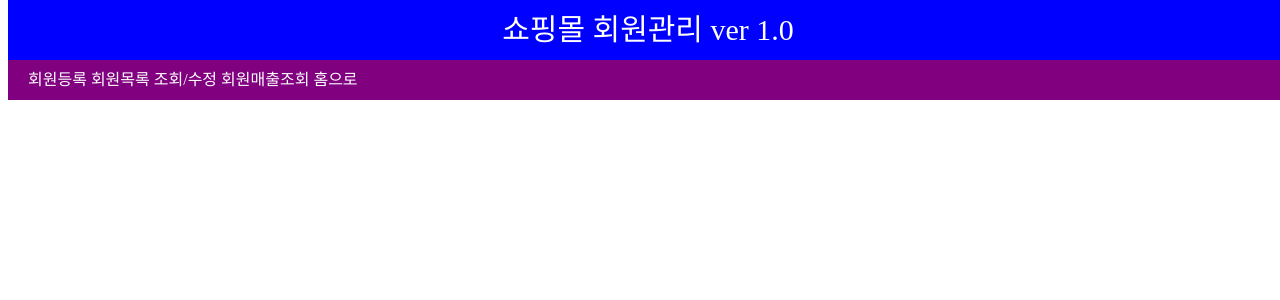
Repository: haileylee94/mini-project
Page: http://localhost/hrd/
These files come from the project's save history. The page is drawn as it stood at one moment and after the next save; the edit follows.
The browser window is 1280 px wide. The pictures show the whole page.
The page is served by Tomcat 9. Other server files are loaded and not shown.

Above is the page before, as saved 2022-11-17 09:19:52.

### hrd/WebContent/index.jsp
<%@ page language="java" contentType="text/html; charset=UTF-8"
    pageEncoding="UTF-8"%>
<!DOCTYPE html>
<html>
<head>
<meta charset="UTF-8">
<title>index</title>
<style type="text/css">
	header{
		position:fixed;
		top:0px;
		width:100%;
		height: 60px;
		background-color: blue;
		color: white;
		text-align: center;
		line-height: 60px;
		font-size: 30px;
	}
	nav{
		position: fixed;
		top: 60px;
		width: 100%;
		height: 40px;
		background-color: purple;
		line-height: 40px;
		padding-left: 20px;
		color: #fff;
	}
</style>
</head>
<body>
	<header>
		쇼핑몰 회원관리 ver 1.0
	</header>
	<nav>
		회원등록	회원목록 조회/수정	회원매출조회	홈으로
	</nav>
</body>
</html>

After the next save:
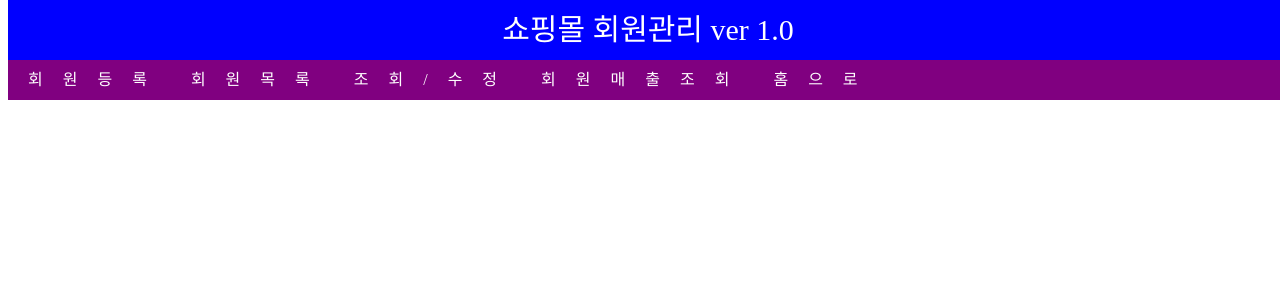
Saved 13 s later.
--- a/hrd/WebContent/index.jsp
+++ b/hrd/WebContent/index.jsp
@@ -26,6 +26,7 @@
 		line-height: 40px;
 		padding-left: 20px;
 		color: #fff;
+		letter-spacing: 20px;
 	}
 </style>
 </head>
